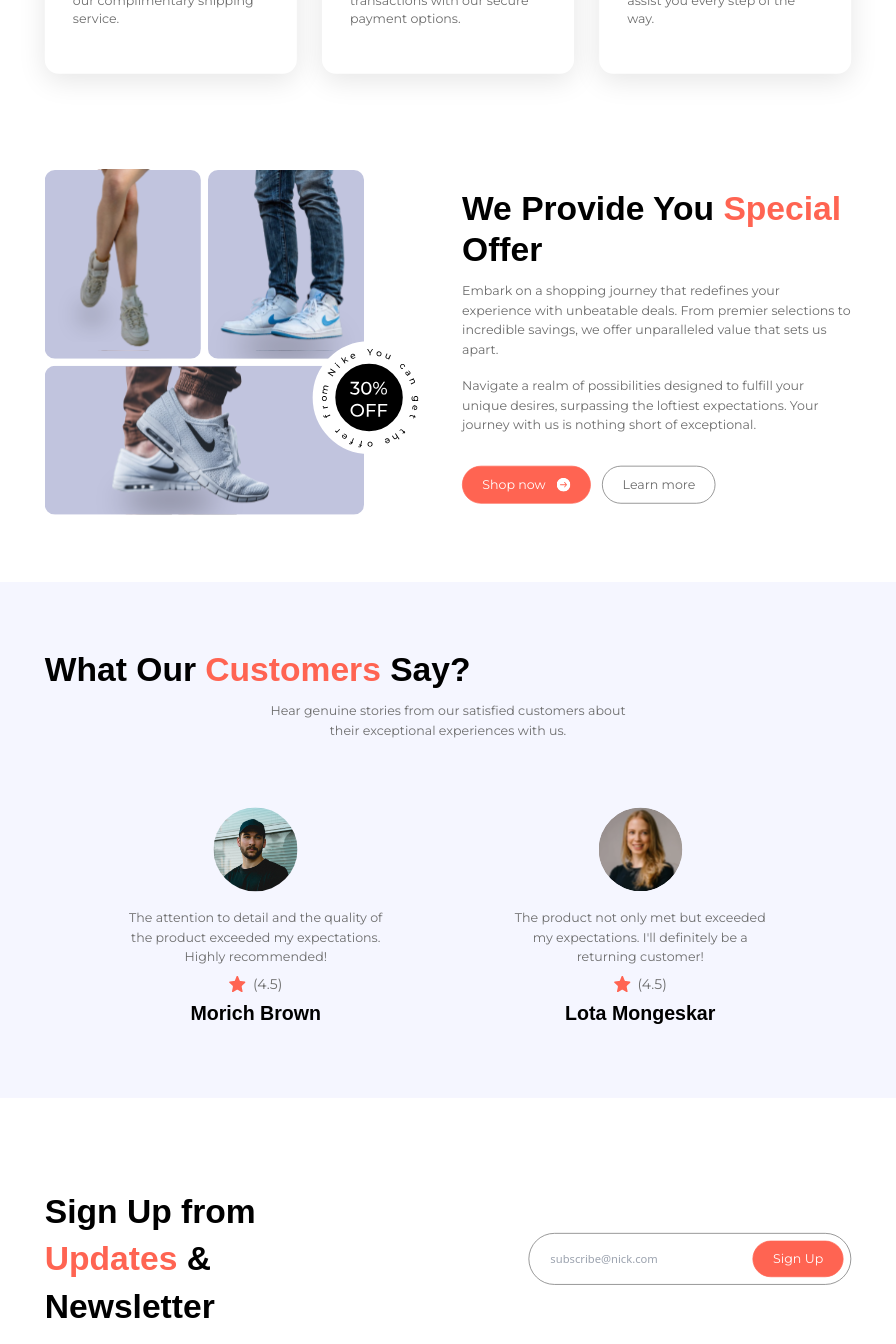
Repository: YiWang24/Nike
Page: /
The author's editor kept a copy of each file at every save. The page is drawn from the files as they stood at one save, then again after the next save.
The browser window is 1280 px wide. The pictures show the part of the page from y = 2618 to 4538 px (the page is 4870 px tall), at 70% of full size.
Some web fonts or font styles are not loaded; a fallback is used. The project was rebuilt for these pictures with package versions that can differ from the ones it lists, and the page was loaded fresh each time. Also part of the build but not shown: vite.config.js.

Above is the page before, as saved 2024-10-28 00:06:55.

After the next save:
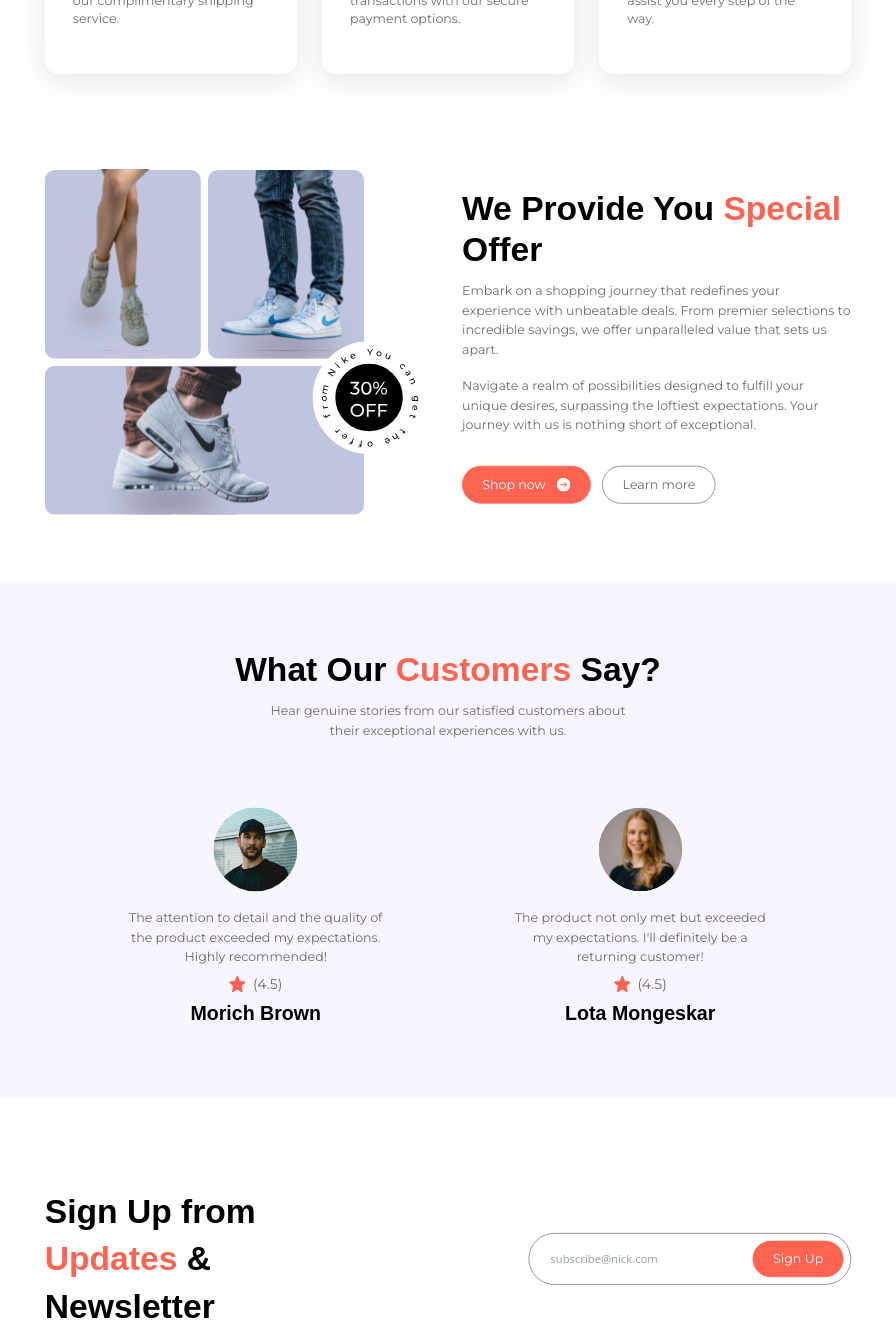
Saved 10 min 49 s later.
--- a/src/sections/CustomerReviews.jsx
+++ b/src/sections/CustomerReviews.jsx
@@ -5,7 +5,7 @@
 const CustomerReviews = () => {
   return (
     <section className="max-container">
-      <h3 className="font-palanquin tet-center text-4xl font-bold">
+      <h3 className="font-palanquin text-center text-4xl font-bold">
         What Our <span className="text-coral-red">Customers</span> Say?
       </h3>
       <p className="info-text m-auto mt-4 max-w-lg text-center ">
